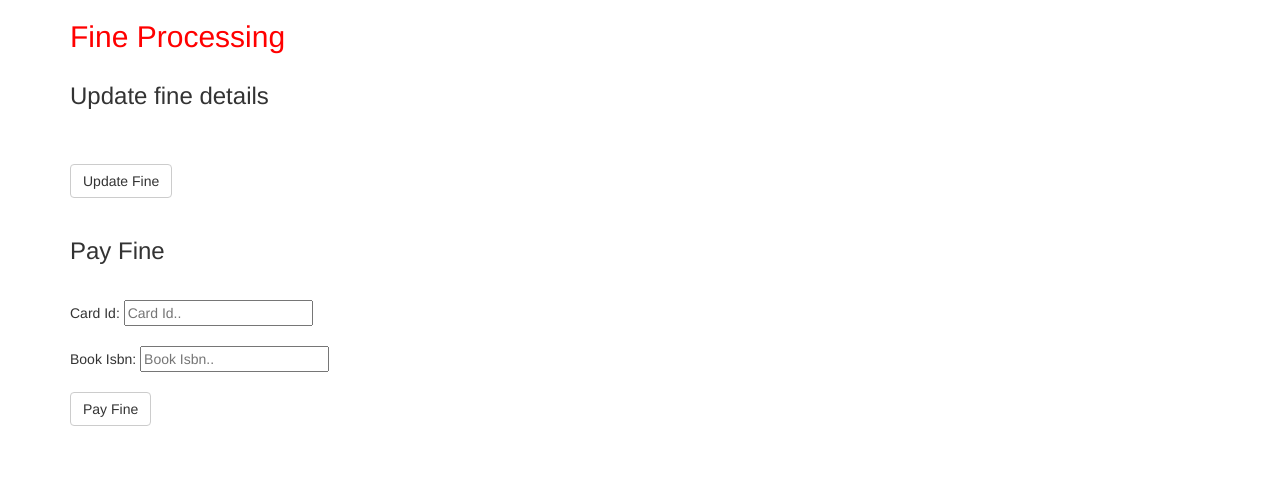
Repository: ApurvaMithal/LibraryManagementSystem
Page: http://localhost/LibraryManagementSystem/Fines.jsp
An editor plug-in stored every save of this project. The page is shown before and after the next save, followed by the edit.
The browser window is 1280 px wide. The pictures show the whole page.
Some web fonts or font styles are not loaded; a fallback is used. The page is served by Tomcat 9. Nobody is signed in. The application's start-up code is not run. Other server files are loaded and not shown.

Above is the page before, as saved 2018-02-28 08:08:21.

### eclipse/LibraryManagementSystem/WebContent/Fines.jsp
<%@ page language="java" contentType="text/html; charset=ISO-8859-1"
	pageEncoding="ISO-8859-1"%>
    <!DOCTYPE html PUBLIC "-//W3C//DTD HTML 4.01 Transitional//EN" "http://www.w3.org/TR/html4/loose.dtd">
    <html>

    <head>
        <title>Fine Processing</title>
        <link rel="stylesheet" href="css/bootstrap.min.css">
        <link rel="stylesheet" href="https://cdnjs.cloudflare.com/ajax/libs/font-awesome/4.7.0/css/font-awesome.min.css">
        <link href='http://fonts.googleapis.com/css?family=Oxygen' rel='stylesheet' type='text/css'>
        <script src="js/jquery.min.js"></script>
        <script src="js/bootstrap.min.js"></script>

	<%--	<style>
            table {
                border: 1px solid #666;
                width: 100%;
            }

            th {
                background: #f8f8f8;
                font-weight: bold;
                padding: 2px;
            }
        </style>
         --%>
        <script>
            jQuery(window).ready(function() {

                $("#fineUpdateBtn").click(function(event) {

                    jQuery.ajax({
                        url: "FineUpdateServlet",
                        type: "get",
                        dataType: "json",
                        data: {
                        },
                        success: function(data) {
                            // since we are using jQuery, you don't need to parse response

                            if(data[0].flag == 1){
                                alert("Successful update");
                            }

                          //  drawTable(data);
                        }
                    });

                });
            });
        </script>

        <%--       <script>
            jQuery(window).ready(function() {

                $("#checkInButton").click(function(event) {

                    var cardID = $('#cardIdCI').val();
                    var isbn = $('#isbnCI').val();
                    var name = $('#nameCI').val();
                    jQuery.ajax({
                        url: "CheckInServlet",
                        type: "get",
                        dataType: "json",
                        data: {
                            cardId: cardID,
                            isbn: isbn,
                            name: name

                        },
                        success: function(data) {
                            // since we are using jQuery, you don't need to parse response
                                alert("Successful checkIn");

                            drawTable(data);
                        }
                    });

                });

                function drawTable(data) {
                	  $("#bookLoans").find("tr:not(:first)").remove();
                    for (var i = 0; i < data.length; i++) {
                        drawRow(data[i]);
                    }
                }

                function drawRow(rowData) {
                    var row = $("<tr />");
                    $("#bookLoans").append(row); //this will append tr element to table... keep its reference for a while since we will add cels into it
                    row.append($("<td>" + rowData.loan_id + "</td>"));
                    row.append($("<td>" + rowData.isbn + "</td>"));
                    row.append($("<td>" + rowData.card_id + "</td>"));
                    row.append($("<td>" + rowData.date_out + "</td>"));
                    row.append($("<td>" + rowData.due_date + "</td>"));

                }
            });
        </script>
        --%>

    </head>

    <body>

        <div class="container">
            <h2>
                <font color="red">Fine Processing</font>
            </h2>
            <div class="fineUpdate">
                <label for="fineUpdate"><h3>Update fine details</h3></label></br></br>
             </div>
			</br>
            <button type="Submit" class="btn btn-default" id="fineUpdateBtn">Update Fine</button>
			</br></br>

			<div class="finePayment">
                <label for="finePayment"><h3>Pay Fine</h3></label></br></br>
                Card Id:    <input type="text" id="cardId" placeholder="Card Id.." name="cardId"></br></br>
                Book Isbn:  <input type="text" id="isbn" placeholder="Book Isbn.." name="bookIsbn"></br>

            </div>
			</br>
            <button type="Submit" class="btn btn-default" id="finePaymentBtn">Pay Fine</button>



       <%--     <h2>
                <font color="red">Checking In of the Book</font>
            </h2>
            <div class="checkIn">
                <label for="checkIn"><h3>Enter details for Book CheckIn</h3></label></br></br>
                Card Id:    <input type="text" id="cardIdCI" placeholder="Card Id.." name="cardId"></br></br>
                Book Isbn:  <input type="text" id="isbnCI" placeholder="Book Isbn.." name="bookIsbn"></br></br>
                Name:  <input type="text" id="nameCI" placeholder="Book Isbn.." name="bookIsbn"></br>
            </div>
			</br>
            <button type="submit" class="btn btn-default" id="checkInButton">Check In</button> </br></br>

            <table id="bookLoans">
            <tr>
                <th>Loan_id</th>
                <th>Isbn</th>
                <th>Card_id</th>
                <th>Date_Out</th>
                <th>Date_due</th>
            </tr>

         </table>

		--%>
        </div>


    </body>

    </html>

Loaded but not shown: eclipse/LibraryManagementSystem/WebContent/css/bootstrap.min.css (library); eclipse/LibraryManagementSystem/WebContent/js/jquery.min.js (library); eclipse/LibraryManagementSystem/WebContent/js/bootstrap.min.js (library)

After the next save:
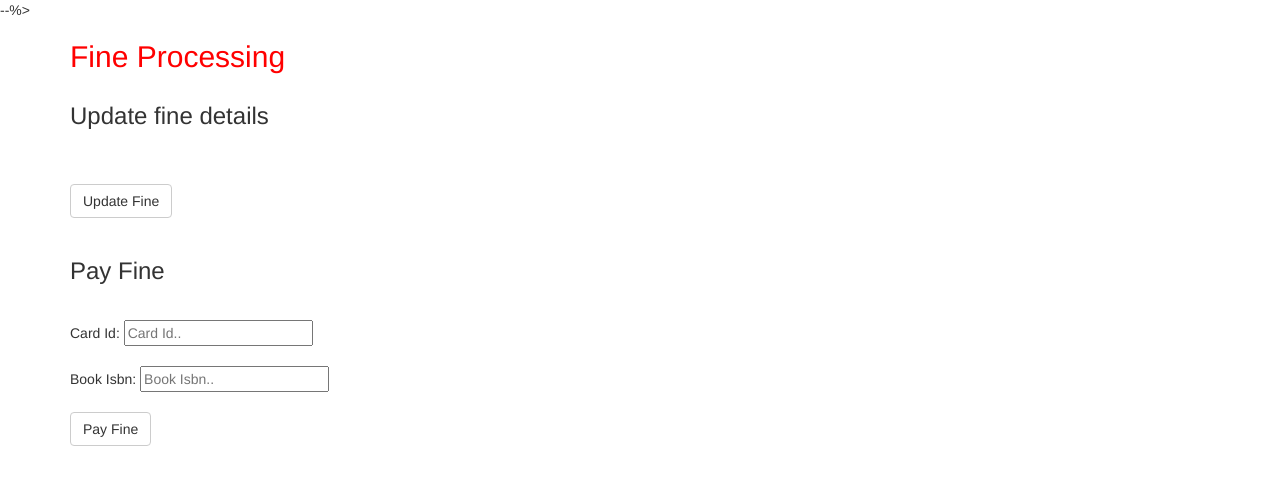
Saved 18 s later.
--- a/eclipse/LibraryManagementSystem/WebContent/Fines.jsp
+++ b/eclipse/LibraryManagementSystem/WebContent/Fines.jsp
@@ -50,7 +50,7 @@
             });
         </script>
 
-        <%--       <script>
+          <script>
             jQuery(window).ready(function() {
 
                 $("#checkInButton").click(function(event) {
